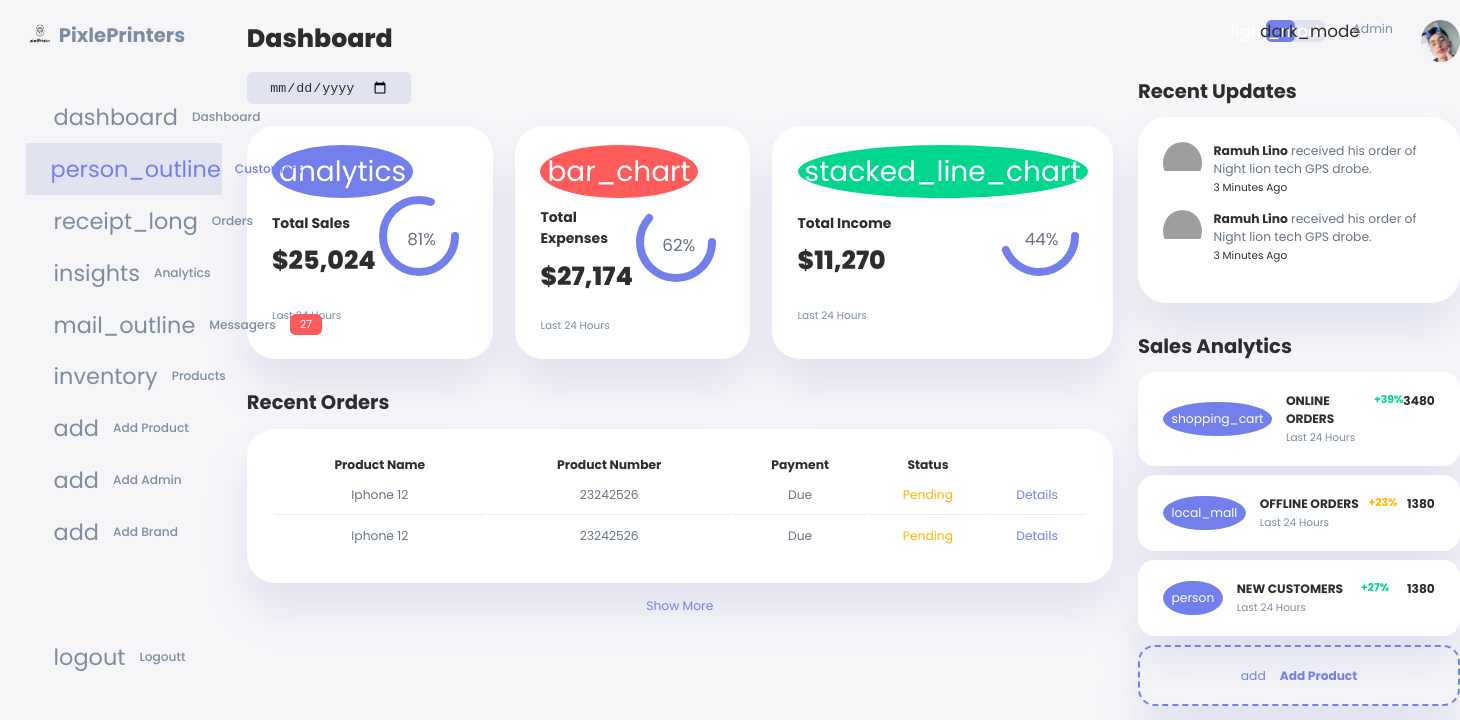
Repository: kritikakittu06/Ecommerce
Page: http://localhost/PixlePrinter/pages/Admin.jsp
These files come from the project's save history. The page is drawn as it stood at one moment and after the next save; the edit follows.
The browser window is 1280 px wide. The page is 1460 px wide, so the pictures cover 1460 px, including what lies to the right of the window. The pictures show the whole page.
Pictures or frames that could not be fetched are drawn as grey boxes. The page is served by Tomcat 9. Nobody is signed in. The application's start-up code is not run.

Above is the page before, as saved 2024-04-20 14:32:26.

After the next save:
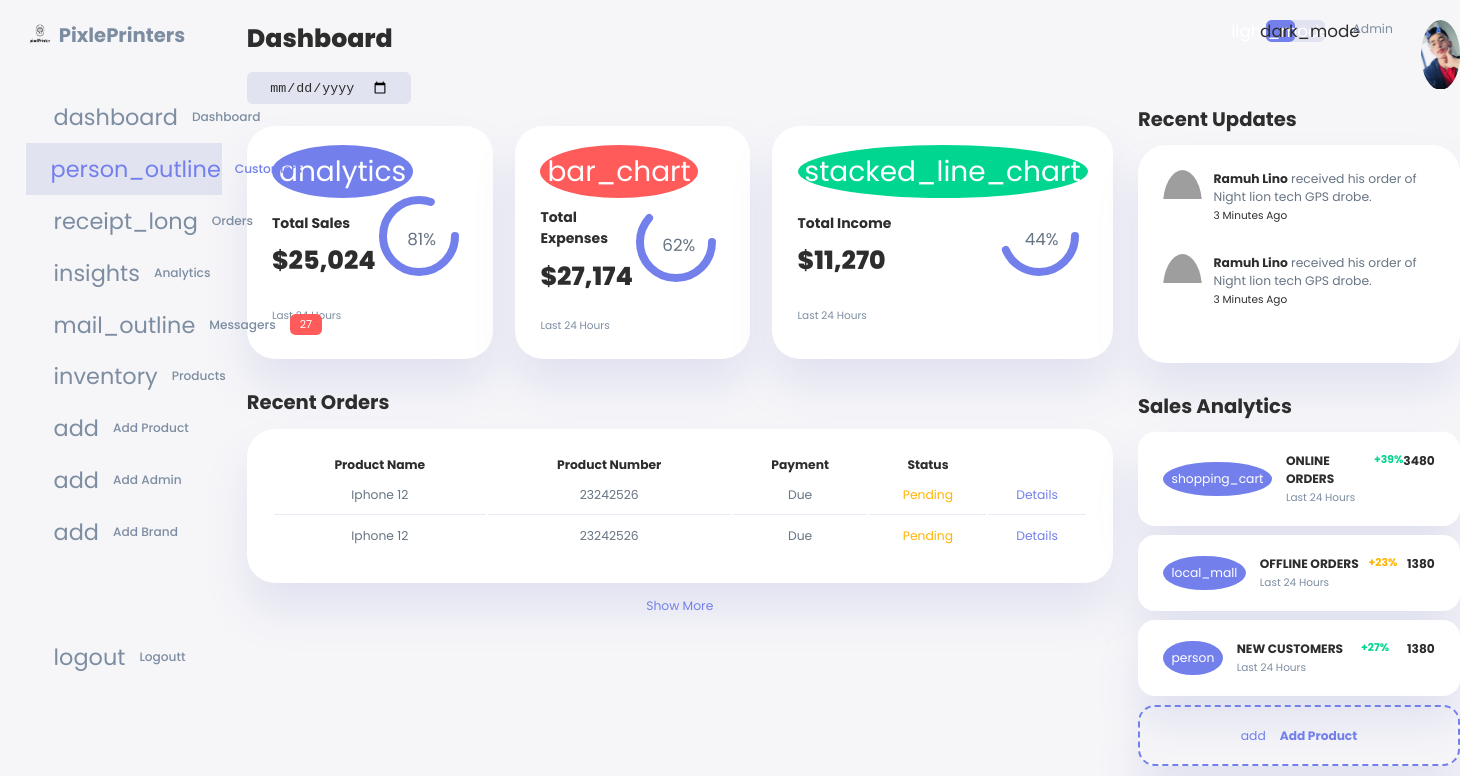
Saved 10 s later.
--- a/PixlePrinter/src/main/webapp/css/AdminHome.css
+++ b/PixlePrinter/src/main/webapp/css/AdminHome.css
@@ -108,7 +108,7 @@ small {
 
 .profile-photo {
   width: 2.8rem;
-  height: 3rem;
+  height: 5rem;
   border-radius: 50%;
   overflow: hidden;
 }
